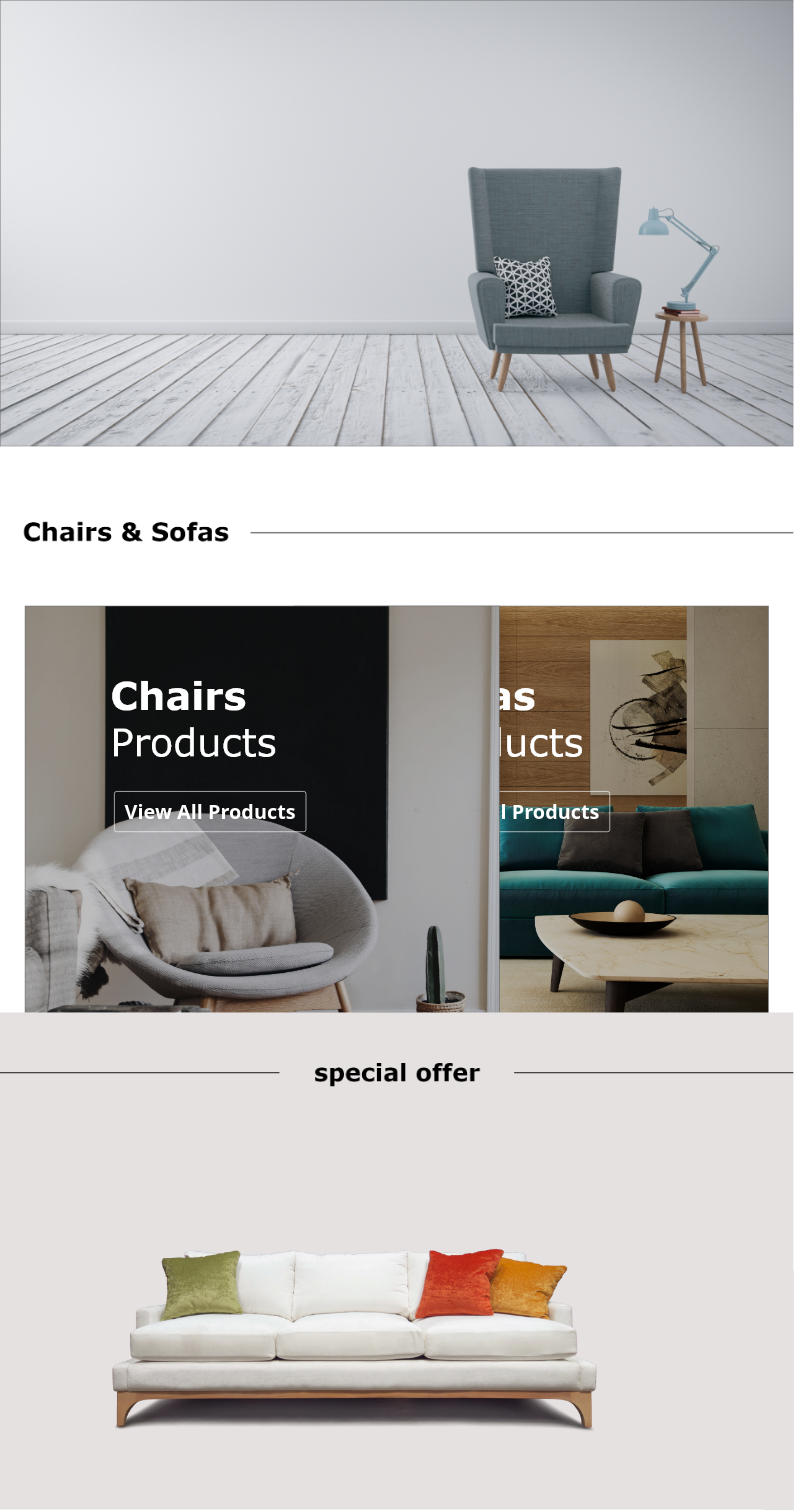
Repository: MEROO1010/creative_home
Page: /
These files come from the project's save history. The page is drawn as it stood at one moment and after a run of saves; the edit follows.
The browser window is 1280 px wide. The pictures show the whole page, at 62% of full size.
The project was rebuilt for these pictures with package versions that can differ from the ones it lists, and the page was loaded fresh each time. The framework's server and built-in components were replaced by stand-ins that run in the browser. Also part of the build but not shown: next.config.js.

Above is the page before, as saved 2022-12-11 10:25:04.

After the next 2 saves:
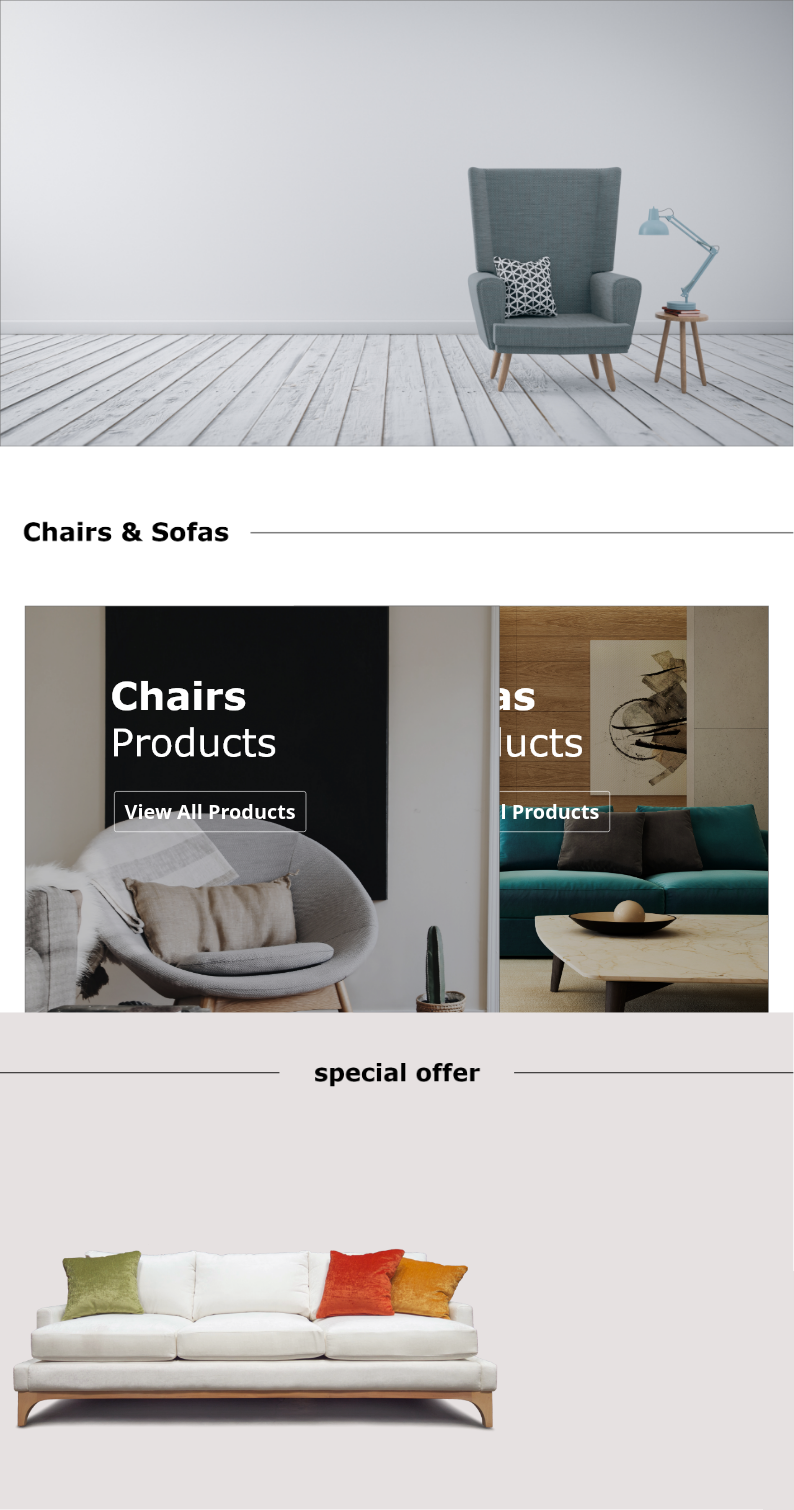
The 2 saves are shown as one change because they came seconds apart.
The last was saved 6 s later.
--- a/components/SpecialOffer.tsx
+++ b/components/SpecialOffer.tsx
@@ -13,7 +13,7 @@ const SpecialOffer = () => {
 
          </div>
 
-         <div className=' right-100 mx-40'>
+         <div className=' right-100 mx-90'>
           <Image src={sofa2} alt=''/>
 
          </div>
